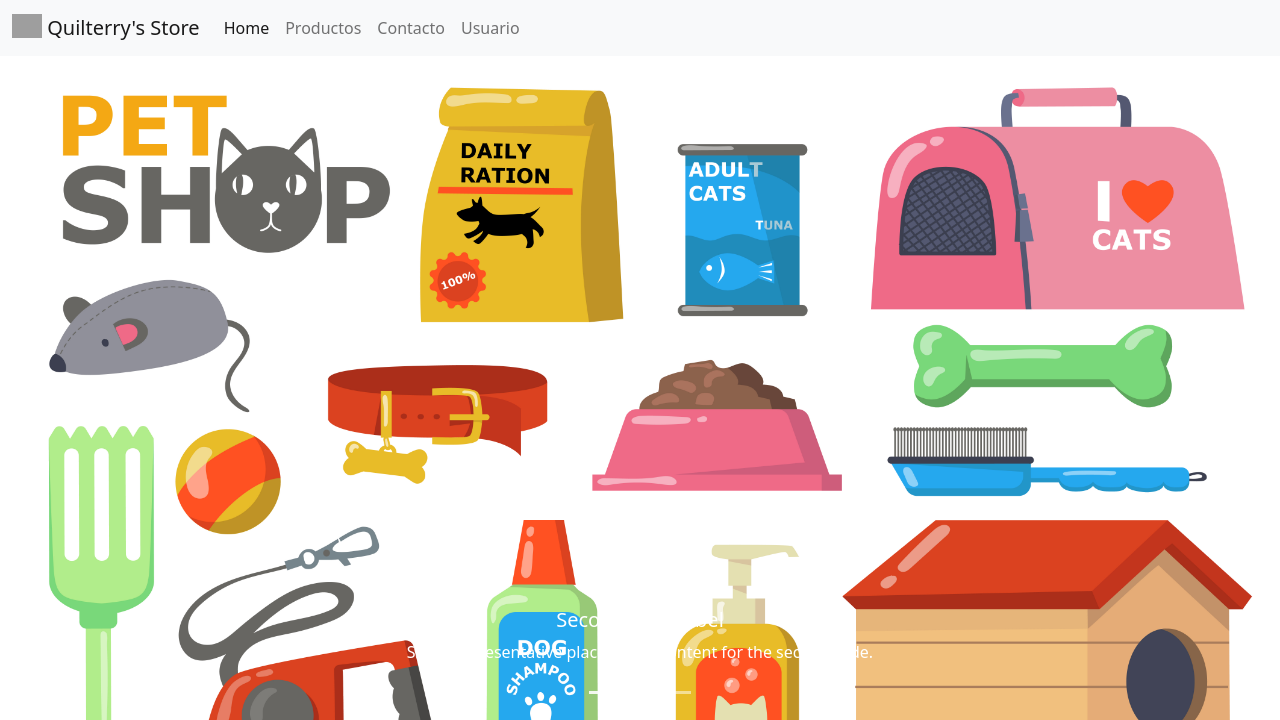
Repository: mormazabal141046/duoc_django_prueba
Page: http://localhost/
These files come from the project's save history. The page is drawn as it stood at one moment and after the next save; the edit follows.
The browser window is 1280 px wide. The pictures show the whole page.
Pictures or frames that could not be fetched are drawn as grey boxes. Some web libraries are served in a nearby version. The page is served by the project's application, run on Django 4.2 (manage.py). Other server files are loaded and not shown.

Above is the page before, as saved 2022-05-18 16:08:03.

### duoc_django_prueba/template/index.html
{% extends "main-template.html" %}{% load static %}
{% block title %} Home {% endblock %}
{% block content %}
<div id="carouselExampleCaptions" class="carousel body-carousel" data-bs-ride="carousel">
    <div class="carousel-indicators">
      <button type="button" data-bs-target="#carouselExampleCaptions" data-bs-slide-to="0" class="active" aria-current="true" aria-label="Slide 1"></button>
      <button type="button" data-bs-target="#carouselExampleCaptions" data-bs-slide-to="1" aria-label="Slide 2"></button>
      <button type="button" data-bs-target="#carouselExampleCaptions" data-bs-slide-to="2" aria-label="Slide 3"></button>
    </div>
    <div class="carousel-inner">
      <div class="carousel-item active">
        <img src="{% static 'img/slider/bg-01.webp' %}" class="d-block w-100" alt="...">
        <div class="carousel-caption d-none d-md-block">
          <h5>First slide label</h5>
          <p>Some representative placeholder content for the first slide.</p>
        </div>
      </div>
      <div class="carousel-item">
        <img src="{% static 'img/slider/bg-02.jpg' %}" class="d-block w-100" alt="...">
        <div class="carousel-caption d-none d-md-block">
          <h5>Second slide label</h5>
          <p>Some representative placeholder content for the second slide.</p>
        </div>
      </div>
      <!-- <div class="carousel-item">
        <img src="..." class="d-block w-100" alt="...">
        <div class="carousel-caption d-none d-md-block">
          <h5>Third slide label</h5>
          <p>Some representative placeholder content for the third slide.</p>
        </div>
      </div> -->
    </div>
    <button class="carousel-control-prev" type="button" data-bs-target="#carouselExampleCaptions" data-bs-slide="prev">
      <span class="carousel-control-prev-icon" aria-hidden="true"></span>
      <span class="visually-hidden">Previous</span>
    </button>
    <button class="carousel-control-next" type="button" data-bs-target="#carouselExampleCaptions" data-bs-slide="next">
      <span class="carousel-control-next-icon" aria-hidden="true"></span>
      <span class="visually-hidden">Next</span>
    </button>
  </div>

{% endblock %}

### duoc_django_prueba/template/parent/main-template.html
{% load static %}
<!DOCTYPE html>
<html lang="en">
<head>
    <meta charset="UTF-8">
    <meta http-equiv="X-UA-Compatible" content="IE=edge">
    <meta name="viewport" content="width=device-width, initial-scale=1.0">
    <title>{% block title %}{%  endblock %}</title>
    <link rel="stylesheet" href="{% static 'css/style.css'%}">
    <link href="https://cdn.jsdelivr.net/npm/bootstrap@5.1.3/dist/css/bootstrap.min.css" rel="stylesheet" integrity="sha384-1BmE4kWBq78iYhFldvKuhfTAU6auU8tT94WrHftjDbrCEXSU1oBoqyl2QvZ6jIW3" crossorigin="anonymous">
</head>
<body>
    <nav class="navbar navbar-expand-lg navbar-light bg-light">
        <div class="container-fluid">
          <a class="navbar-brand mr-3" href="#">
            <img src="https://img.icons8.com/ios/500/pets--v1.png" alt="" width="30" height="24" class="d-inline-block align-text-top">
            Quilterry's Store
          </a>
          <button class="navbar-toggler" type="button" data-bs-toggle="collapse" data-bs-target="#navbarNavDropdown" aria-controls="navbarNavDropdown" aria-expanded="false" aria-label="Toggle navigation">
            <span class="navbar-toggler-icon"></span>
          </button>
          <div class="collapse navbar-collapse" id="navbarNavDropdown">
            <ul class="navbar-nav">
              <li class="nav-item">
                <a class="nav-link active" aria-current="page" href="/">Home</a>
              </li>
              <li class="nav-item">
                <a class="nav-link" href="/productos">Productos</a>
              </li>
              <li class="nav-item">
                <a class="nav-link" href="/contacto">Contacto</a>
              </li>
              <li class="nav-item">
                <a class="nav-link" href="/usuario">Usuario</a>
              </li>
            </ul>
          </div>
        </div>
      </nav>
    {% block content %}

    {%  endblock %}


    <script src="https://cdn.jsdelivr.net/npm/@popperjs/core@2.10.2/dist/umd/popper.min.js" integrity="sha384-7+zCNj/IqJ95wo16oMtfsKbZ9ccEh31eOz1HGyDuCQ6wgnyJNSYdrPa03rtR1zdB" crossorigin="anonymous"></script>
    <script src="https://cdn.jsdelivr.net/npm/bootstrap@5.1.3/dist/js/bootstrap.min.js" integrity="sha384-QJHtvGhmr9XOIpI6YVutG+2QOK9T+ZnN4kzFN1RtK3zEFEIsxhlmWl5/YESvpZ13" crossorigin="anonymous"></script>
</body>
</html>

### duoc_django_prueba/views/home.py
from django.shortcuts import render

def index(request):
    print('Retornar pagina index.html')
    return render(request, 'index.html')

### duoc_django_prueba/urls.py
"""duoc_django_prueba URL Configuration

The `urlpatterns` list routes URLs to views. For more information please see:
    https://docs.djangoproject.com/en/4.0/topics/http/urls/
Examples:
Function views
    1. Add an import:  from my_app import views
    2. Add a URL to urlpatterns:  path('', views.home, name='home')
Class-based views
    1. Add an import:  from other_app.views import Home
    2. Add a URL to urlpatterns:  path('', Home.as_view(), name='home')
Including another URLconf
    1. Import the include() function: from django.urls import include, path
    2. Add a URL to urlpatterns:  path('blog/', include('blog.urls'))
"""
from django.contrib import admin
from django.urls import path
from duoc_django_prueba.views.home import index
from duoc_django_prueba.views.product import index_product
from duoc_django_prueba.views.contact import index_contact
from duoc_django_prueba.views.user import index_user



urlpatterns = [
    path('admin/', admin.site.urls),
    path('', index),
    path('productos/', index_product),
    path('contacto/', index_contact),
    path('usuario/', index_user)
]

### duoc_django_prueba/static/css/style.css
.carousel-item{
    max-height: calc(100vh - 56px) !important;
}
.carousel-caption{
    bottom: 45%;
}

After the next save:
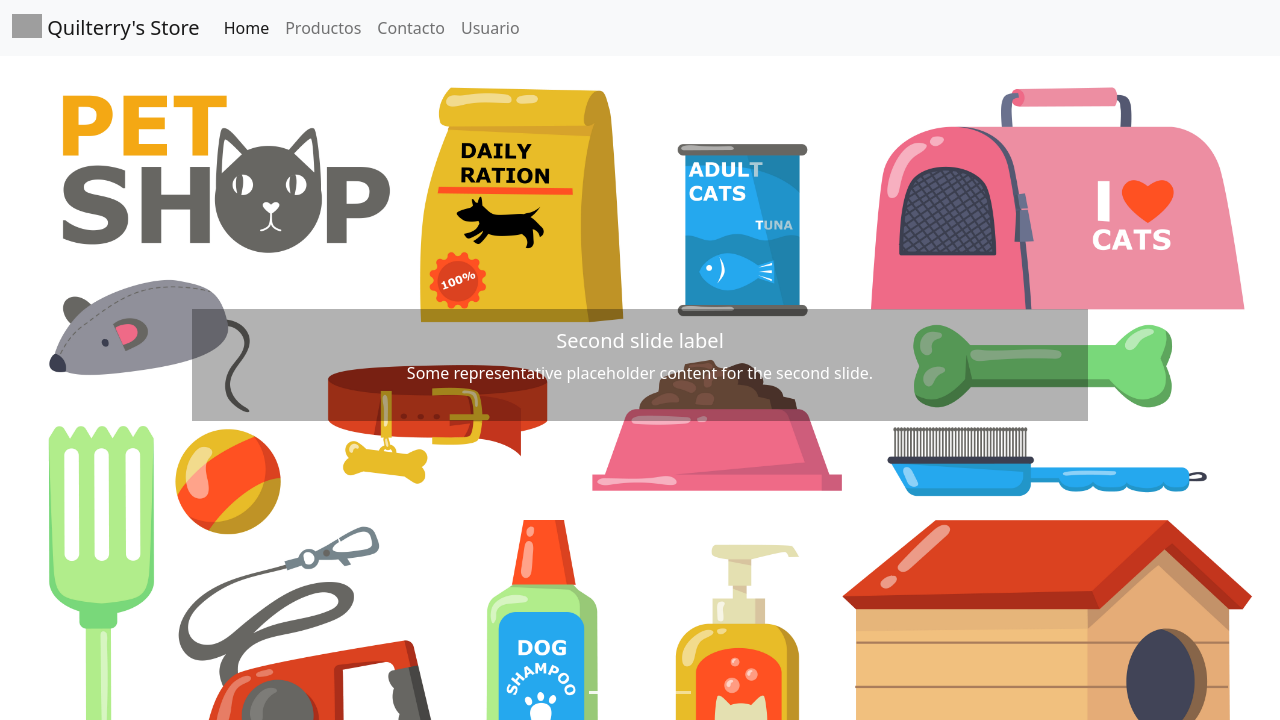
Saved 114 s later.
--- a/duoc_django_prueba/static/css/style.css
+++ b/duoc_django_prueba/static/css/style.css
@@ -2,5 +2,6 @@
     max-height: calc(100vh - 56px) !important;
 }
 .carousel-caption{
-    bottom: 45%;
+    bottom: 45% !important;
+    background: rgba(0,0,0,0.3);
 }
